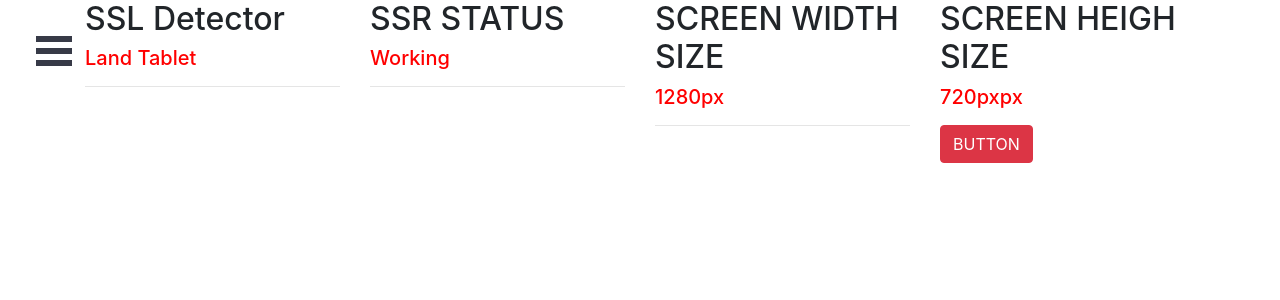
Repository: adrihle/screen-detector-nextpwa
Page: /
The author's editor kept a copy of each file at every save. The page is drawn from the files as they stood at one save, then again after the next save.
The browser window is 1280 px wide. The pictures show the whole page.
The project was rebuilt for these pictures with package versions that can differ from the ones it lists, and the page was loaded fresh each time. The framework's server and built-in components were replaced by stand-ins that run in the browser. Imported but missing from the stored project, and not drawn on this page: pages/_document.

Above is the page before, as saved 2020-12-29 18:37:40.

### pages/_app.js
import App, { Container } from "next/app";
import Head from "next/head";
import styled, { createGlobalStyle } from "styled-components";
import { title } from "./_document";
import ScreenSizeLayout from '../components/smart/ScreenSizeLayout'
import Menu from '../components/navigation/mobile'

// Any global CSS variables and selectors we want
const GlobalStyle = createGlobalStyle`
  :root {
    --padding: 2rem;
    --max-width: 50rem;
  }

  body {
    background: var(--background--1);
    font-family: 'PT Sans', sans-serif;
    margin: 0;
  }
`;

const Main = styled.main`
  margin: 0 auto;
  max-width: var(--max-width);
  padding: var(--padding);
`;

export default class MyApp extends App {
  static async getInitialProps({ Component, ctx }) {
    let pageProps = {};

    if (Component.getInitialProps) {
      pageProps = await Component.getInitialProps(ctx);
    }

    return { pageProps };
  }

  render() {
    const { Component, pageProps, router } = this.props;

    return (
      <>
        <Head>
          <title>{title}</title>
          <link rel="stylesheet" href="https://stackpath.bootstrapcdn.com/bootstrap/4.3.1/css/bootstrap.min.css" integrity="sha384-ggOyR0iXCbMQv3Xipma34MD+dH/1fQ784/j6cY/iJTQUOhcWr7x9JvoRxT2MZw1T" crossorigin="anonymous"></link>
        </Head>
        <Container>
            {/* here a smart screen detector */}
            <ScreenSizeLayout>
              <Menu />
                <Component {...pageProps} router={router} />
            </ScreenSizeLayout>
          <GlobalStyle />
        </Container>
      </>
    );
  }
}

### pages/index.js
import Nav from '../components/navigation/mobile'

const Index = ({ server, measures, screen }) => {

  const width = measures && measures[0] + 'px'
  const heigh = measures && measures[1] + 'px'


  return (
    <div  className='container'>
      <div className='row' id='content'>
        <div className="col-md-6 col-lg-3">
          <h2>SSL Detector</h2>
          <h5 style={{color:'red'}}>{screen}</h5>
          <hr />
        </div>
        <div className="col-md-6 col-lg-3">
          <h2>SSR STATUS</h2>
          <h5 style={{color:'red'}}>{server ? 'Working' : 'Not Working'}</h5>
          <hr />
        </div>
        <div className="col-md-6 col-lg-3">
          <h2>SCREEN WIDTH SIZE</h2>
          <h5 style={{color:'red'}}>{width}</h5>
          <hr/>
        </div>
        <div className="col-md-6 col-lg-3">
          {(measures && measures[0]>240) && (
            <>
              <h2>SCREEN HEIGH SIZE</h2>
              <h5 style={{color:'red'}}>{`${heigh}px`}</h5>
              <button className='btn btn-danger mt-2'>BUTTON</button>
            </>
          )}
        </div>
      </div>
    </div>
  )
}

Index.getInitialProps = async function() {
  return {
    server: true,
  }
};

export default Index;

### components/smart/ScreenSizeLayout.tsx
import {Children, cloneElement, useState, useEffect } from 'react'

const ScreenSizeLayout = ({ children }) => {

    const [screen, setScreen] = useState(null)
    const [measures, setMeasures] = useState(null)

    const handleSize = () => {
        let width = window.innerWidth
        let heigh = window.innerHeight
        setMeasures([width, heigh])

        let landscape = width > heigh

        if (width < 420){setScreen('Mobile')}
        else if (width > 420 && width < 850 && landscape){setScreen('Land Mobile')}
        else if (width > 420 && width < 1300 && !landscape){setScreen('Tablet')}
        else if (width > 820 && width < 1400 && landscape){setScreen('Land Tablet')}
        else {setScreen('Desktop')}
    }

    useEffect(() => {
        handleSize()
        window.addEventListener('resize', handleSize)
        return () => {window.removeEventListener('resize', handleSize)}
    },[])

    const childrenWithProps = Children.map(children, child => {
        return cloneElement(child, {
            measures,
            screen
        });
      });

    return (
        <>
            {childrenWithProps}
        </>
    )
}

export default ScreenSizeLayout

### components/navigation/mobile.tsx
import { slide as Menu } from 'react-burger-menu'

var styles = {
    bmBurgerButton: {
      position: 'fixed',
      width: '36px',
      height: '30px',
      left: '36px',
      top: '36px'
    },
    bmBurgerBars: {
      background: '#373a47'
    },
    bmBurgerBarsHover: {
      background: '#a90000'
    },
    bmCrossButton: {
      height: '24px',
      width: '24px'
    },
    bmCross: {
      background: '#bdc3c7'
    },
    bmMenuWrap: {
      position: 'fixed',
      height: '100%'
    },
    bmMenu: {
      background: '#373a47',
      padding: '2.5em 1.5em 0',
      fontSize: '1.15em'
    },
    bmMorphShape: {
      fill: '#373a47'
    },
    bmItemList: {
      color: '#b8b7ad',
      padding: '0.8em'
    },
    bmItem: {
      display: 'inline-block'
    },
    bmOverlay: {
      background: 'rgba(0, 0, 0, 0.3)'
    }
  }

const Mobile = ({ outerContainer, pageWrap }) => {
    return (
        <Menu styles={styles}>
            <a id="home" className="menu-item" href="/">Home</a>
            <a id="about" className="menu-item" href="/about">About</a>
            <a id="contact" className="menu-item" href="/contact">Contact</a>
        </Menu>
    )
}

export default Mobile

After the next save:
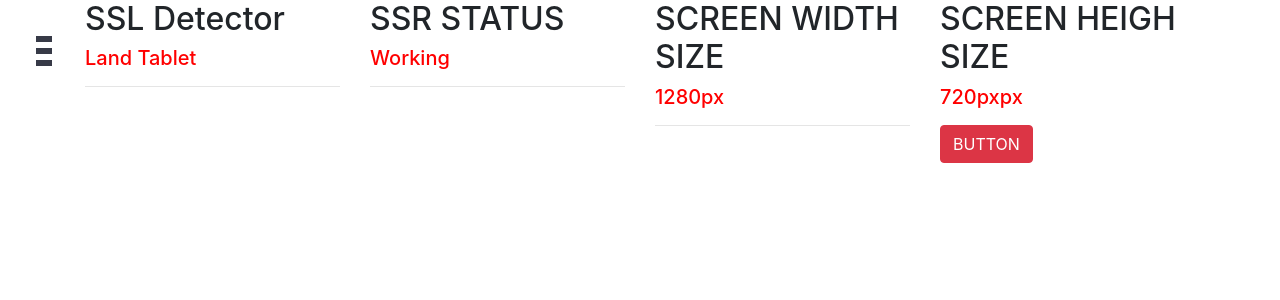
Saved 2 min 50 s later.
--- a/components/navigation/mobile.tsx
+++ b/components/navigation/mobile.tsx
@@ -3,7 +3,7 @@ import { slide as Menu } from 'react-burger-menu'
 var styles = {
     bmBurgerButton: {
       position: 'fixed',
-      width: '36px',
+      width: '1em',
       height: '30px',
       left: '36px',
       top: '36px'
